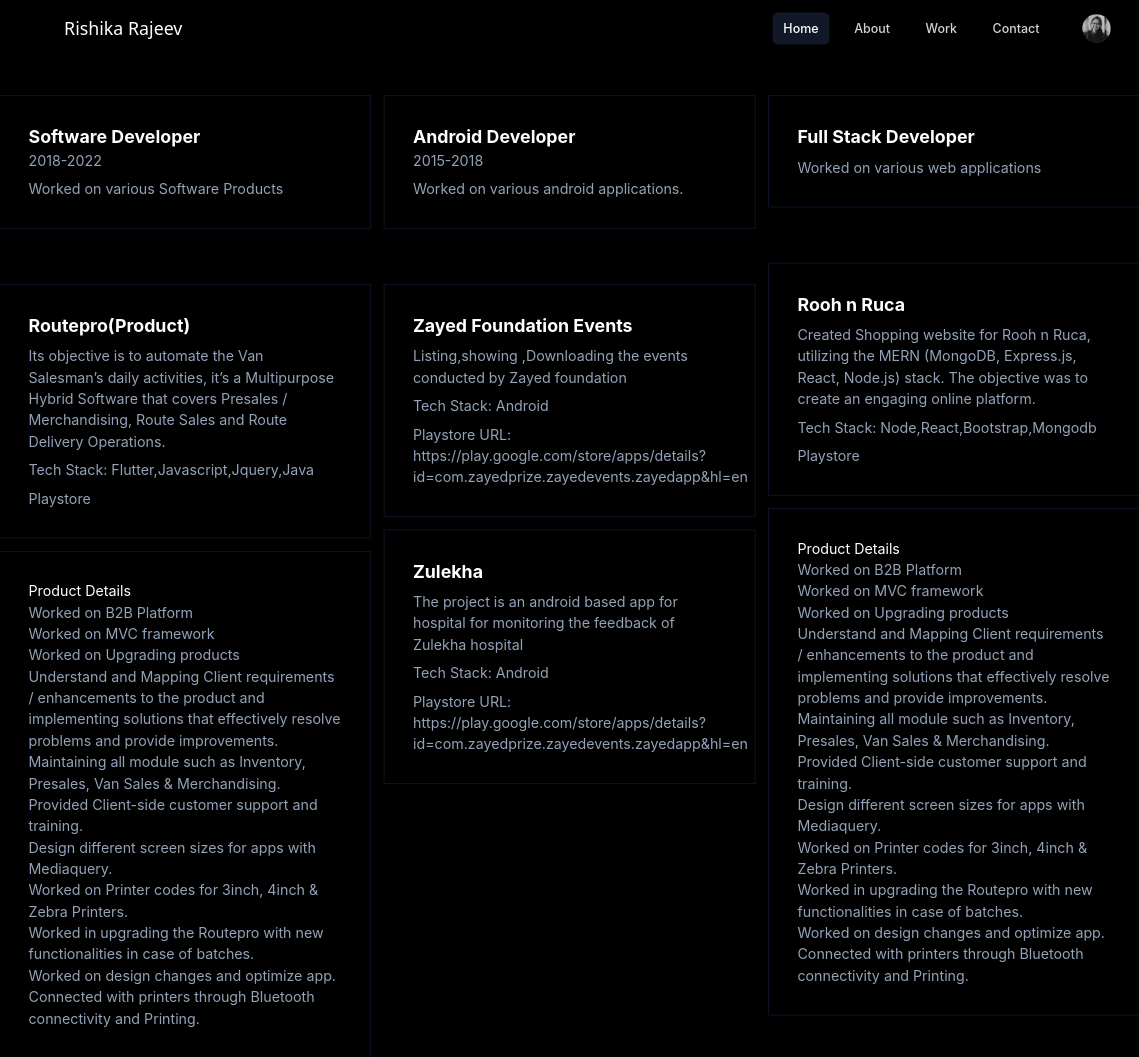
Repository: rishikarajeev/portfolio_rishika
Page: /work
These files come from the project's save history. The page is drawn as it stood at one moment and after the next save; the edit follows.
The browser window is 1280 px wide. The pictures show the whole page, at 89% of full size.
The project was rebuilt for these pictures with package versions that can differ from the ones it lists, and the page was loaded fresh each time. Also part of the build but not shown: src/Pages/Home.jsx, src/Pages/About.jsx, src/Pages/Contact.jsx.

Above is the page before, as saved 2023-10-23 19:02:28.

### src/Components/Nav/Nav.jsx
import React from 'react'

import img from '../../Images/profile.jpeg'

function Nav() {
  return (
    <div><nav class="dark:bg-black">
    <div class="mx-auto max-w-7xl px-2 sm:px-6 lg:px-8">
      <div class="relative flex h-16 items-center justify-between">
      <div class="absolute inset-y-0 left-7 flex items-center ">

      <a href="#" class=" text-white  px-3 py-2 text-xl font-medium font-sans" aria-current="page">Rishika Rajeev</a>
        </div>
        <div class="absolute inset-y-0 left-0 flex items-center sm:hidden">

          <button type="button" class="relative inline-flex items-center justify-center rounded-md p-2 text-gray-400 hover:bg-gray-700 hover:text-white focus:outline-none focus:ring-2 focus:ring-inset focus:ring-white" aria-controls="mobile-menu" aria-expanded="false">
            <span class="absolute -inset-0.5"></span>
            <span class="sr-only">Open main menu</span>

            <svg class="block h-6 w-6" fill="none" viewBox="0 0 24 24" stroke-width="1.5" stroke="currentColor" aria-hidden="true">
              <path stroke-linecap="round" stroke-linejoin="round" d="M3.75 6.75h16.5M3.75 12h16.5m-16.5 5.25h16.5" />
            </svg>

            <svg class="hidden h-6 w-6" fill="none" viewBox="0 0 24 24" stroke-width="1.5" stroke="currentColor" aria-hidden="true">
              <path stroke-linecap="round" stroke-linejoin="round" d="M6 18L18 6M6 6l12 12" />
            </svg>
          </button>
        </div>
        <div class="flex flex-1 items-center justify-end sm:items-stretch sm:justify-end">
          {/* <div class="flex flex-shrink-0 items-center">
            <img class="h-8 w-auto" src="https://tailwindui.com/img/logos/mark.svg?color=indigo&shade=500" alt="Your Company"/>
          </div> */}
          <div class="hidden sm:ml-6 sm:block ">
            <div class="flex space-x-4 ">

              <a href="/" class="bg-gray-900 text-white rounded-md px-3 py-2 text-sm font-medium" >Home</a>
              <a href="/about" class="text-gray-300 hover:bg-gray-700 hover:text-white rounded-md px-3 py-2 text-sm font-medium">About</a>
              <a href="/work" class="text-gray-300 hover:bg-gray-700 hover:text-white rounded-md px-3 py-2 text-sm font-medium">Work</a>
              <a href="/contact" class="text-gray-300 hover:bg-gray-700 hover:text-white rounded-md px-3 py-2 text-sm font-medium">Contact</a>
            </div>
          </div>
        </div>
        <div class="absolute inset-y-0 right-0 flex items-center pr-2 sm:static sm:inset-auto sm:ml-6 sm:pr-0">
          {/* <button type="button" class="relative rounded-full bg-gray-800 p-1 text-gray-400 hover:text-white focus:outline-none focus:ring-2 focus:ring-white focus:ring-offset-2 focus:ring-offset-gray-800">
            <span class="absolute -inset-1.5"></span>
            <span class="sr-only">View notifications</span>
            <svg class="h-6 w-6" fill="none" viewBox="0 0 24 24" stroke-width="1.5" stroke="currentColor" aria-hidden="true">
              <path stroke-linecap="round" stroke-linejoin="round" d="M14.857 17.082a23.848 23.848 0 005.454-1.31A8.967 8.967 0 0118 9.75v-.7V9A6 6 0 006 9v.75a8.967 8.967 0 01-2.312 6.022c1.733.64 3.56 1.085 5.455 1.31m5.714 0a24.255 24.255 0 01-5.714 0m5.714 0a3 3 0 11-5.714 0" />
            </svg>
          </button> */}


          <div class="relative ml-3">
            <div>
              <button type="button" class="relative flex rounded-full bg-gray-800 text-sm focus:outline-none focus:ring-2 focus:ring-white focus:ring-offset-2 focus:ring-offset-gray-800" id="user-menu-button" aria-expanded="false" aria-haspopup="true">
                <span class="absolute -inset-1.5"></span>
                <span class="sr-only">Open user menu</span>
                <img class="h-8 w-8 rounded-full" src={img} alt=""/>
              </button>
            </div>

          </div>
        </div>
      </div>
    </div>


    <div class="sm:hidden" id="mobile-menu">
      <div class="space-y-1 px-2 pb-3 pt-2">

        <a href="/" class="bg-gray-900 text-white block rounded-md px-3 py-2 text-base font-medium" aria-current="page">Home</a>
        <a href="/about" class="text-gray-300 hover:bg-gray-700 hover:text-white block rounded-md px-3 py-2 text-base font-medium">About</a>
        <a href="/work" class="text-gray-300 hover:bg-gray-700 hover:text-white block rounded-md px-3 py-2 text-base font-medium">Work</a>
        <a href="/contact" class="text-gray-300 hover:bg-gray-700 hover:text-white block rounded-md px-3 py-2 text-base font-medium">Contact</a>
      </div>
    </div>
  </nav>
  </div>
  )
}

export default Nav

### src/Pages/Mywork.jsx
import React from "react";
import Work from "../Components/Work";
import Project from "../Components/Project";
import Nav from "../Components/Nav/Nav";

function Mywork() {
  return (
    <div class="dark md:bg-black ">
      <Nav />

      <div>
        {" "}
        <div className="container mx-auto  dark dark:bg-black">
          <h2 className="text-3xl font-bold mb-2 ">Work Experience</h2>

          <div class="grid grid-cols-1 md:grid-cols-3 gap-4 dark dark:bg-black">
            <div className="dark md:bg-black">
              <Work
                title="Software Developer"
                description="Worked on various Software Products"
                year="2018-2022"
              />
              <h2 className="text-3xl font-bold mt-6 mb-1">Projects</h2>
              <Project
                title="Routepro(Product)"
                description=" Its objective is to automate the Van Salesman’s daily activities, it’s a Multipurpose Hybrid Software that covers Presales / Merchandising, Route Sales and Route Delivery Operations."
                techStack="Flutter,Javascript,Jquery,Java"
              />
              <div className="dark:text-slate-400 ring-1 ring-slate-900 max-w-2xl p-8 dark dark:bg-black">
                <h2 className="text-white"> Product Details</h2>
                <ul>
                  <li>Worked on B2B Platform</li>
                  <li>Worked on MVC framework</li>
                  <li>Worked on Upgrading products </li>
                  <li>
                    Understand and Mapping Client requirements / enhancements to
                    the product and implementing solutions that effectively
                    resolve problems and provide improvements.
                  </li>
                  <li>
                    Maintaining all module such as Inventory, Presales, Van
                    Sales & Merchandising.
                  </li>
                  <li>Provided Client-side customer support and training.</li>
                  <li>
                    Design different screen sizes for apps with Mediaquery.
                  </li>
                  <li>
                    Worked on Printer codes for 3inch, 4inch & Zebra Printers.
                  </li>
                  <li>
                    Worked in upgrading the Routepro with new functionalities in
                    case of batches.
                  </li>
                  <li>Worked on design changes and optimize app.</li>
                  <li>
                    Connected with printers through Bluetooth connectivity and
                    Printing.
                  </li>
                </ul>
              </div>
            </div>
            <div>
            <Work
                title="Android Developer"
                description="Worked on various android applications."
                year="2015-2018"
              />
              <h2 className="text-3xl font-bold mt-6 mb-1">Projects</h2>
              <Project
                title="Zayed Foundation Events"
                description=" Listing,showing ,Downloading the events conducted by Zayed foundation"
                techStack="Android"
                Playstore=" URL: https://play.google.com/store/apps/details?id=com.zayedprize.zayedevents.zayedapp&hl=en"
              />
                  <Project
                title="Zulekha"
                description=" The project is an android based app for hospital for monitoring the feedback of Zulekha hospital"
                techStack="Android"
                Playstore=" URL: https://play.google.com/store/apps/details?id=com.zayedprize.zayedevents.zayedapp&hl=en"
              />
               <ul>
                            <li>Listing the events conducted by Zayed foundation</li>
                            <li>Showing Live events.</li>
                                <li>	Downloading and viewing files.</li>
                                    <li>	Integrated Google Map & Facebook</li>
                                        <li>	Implemented Calendar with Marked Events.</li>
                                            <li>	Playstore URL: https://play.google.com/store/apps/details?id=com.zayedprize.zayedevents.zayedapp&hl=en</li>

                        </ul>
            </div>
            <div className="dark md:bg-black">
              <Work
                title="Full Stack Developer"
                description="Worked on various web applications"

              />
              <h2 className="text-3xl font-bold mt-6 mb-1">Projects</h2>
              <Project
                title="Rooh n Ruca"
                description="    Created Shopping website for Rooh n Ruca, utilizing the MERN (MongoDB, Express.js, React, Node.js)  stack. The objective was to create an  engaging online platform."
                techStack="Node,React,Bootstrap,Mongodb"
              />
              <div className="dark:text-slate-400 ring-1 ring-slate-900 max-w-2xl p-8 dark dark:bg-black">
                <h2 className="text-white"> Product Details</h2>
                <ul>
                  <li>Worked on B2B Platform</li>
                  <li>Worked on MVC framework</li>
                  <li>Worked on Upgrading products </li>
                  <li>
                    Understand and Mapping Client requirements / enhancements to
                    the product and implementing solutions that effectively
                    resolve problems and provide improvements.
                  </li>
                  <li>
                    Maintaining all module such as Inventory, Presales, Van
                    Sales & Merchandising.
                  </li>
                  <li>Provided Client-side customer support and training.</li>
                  <li>
                    Design different screen sizes for apps with Mediaquery.
                  </li>
                  <li>
                    Worked on Printer codes for 3inch, 4inch & Zebra Printers.
                  </li>
                  <li>
                    Worked in upgrading the Routepro with new functionalities in
                    case of batches.
                  </li>
                  <li>Worked on design changes and optimize app.</li>
                  <li>
                    Connected with printers through Bluetooth connectivity and
                    Printing.
                  </li>
                </ul>
              </div>
            </div>
          </div>
        </div>
      </div>
    </div>
  );
}

export default Mywork;

### src/Components/Work.jsx
import React from 'react';

const Work = ({ title, description, year }) => {
  return (
    <div className="mb-4 ring-1 ring-slate-900 max-w-2xl p-8 dark md:bg-black">
      <h3 className="text-xl font-bold text-white">{title}</h3>
      <p className="dark:text-slate-400">{year}</p>
      <p className="mt-2 dark:text-slate-400">{description}</p>
    </div>
  );
};

export default Work;

### src/Components/Project.jsx
import React from 'react';

const Project = ({ title, description, techStack,Playstore }) => {
  return (
    <div className="mb-4 ring-1 ring-slate-900 max-w-2xl p-8 dark md:bg-black">
      <h3 className="text-xl font-bold text-white">{title}</h3>
      <p className="mt-2 dark:text-slate-400">{description}</p>
      <p className="mt-2 dark:text-slate-400">Tech Stack: {techStack}</p>
      <p className="mt-2 dark:text-slate-400">Playstore {Playstore}</p>
    </div>
  );
};

export default Project;

### tailwind.config.js
/** @type {import('tailwindcss').Config} */
module.exports = {
  content: ["./src/**/*.{html,js,jsx}"],
  theme: {
    extend: {},
  },
  darkMode: 'class',
  plugins: [],
}

Loaded but not shown: public/index.html (common file); src/index.js (common file); src/index.css (common file); src/App.js (common file); src/reportWebVitals.js (common file); src/App.css (common file)

After the next save:
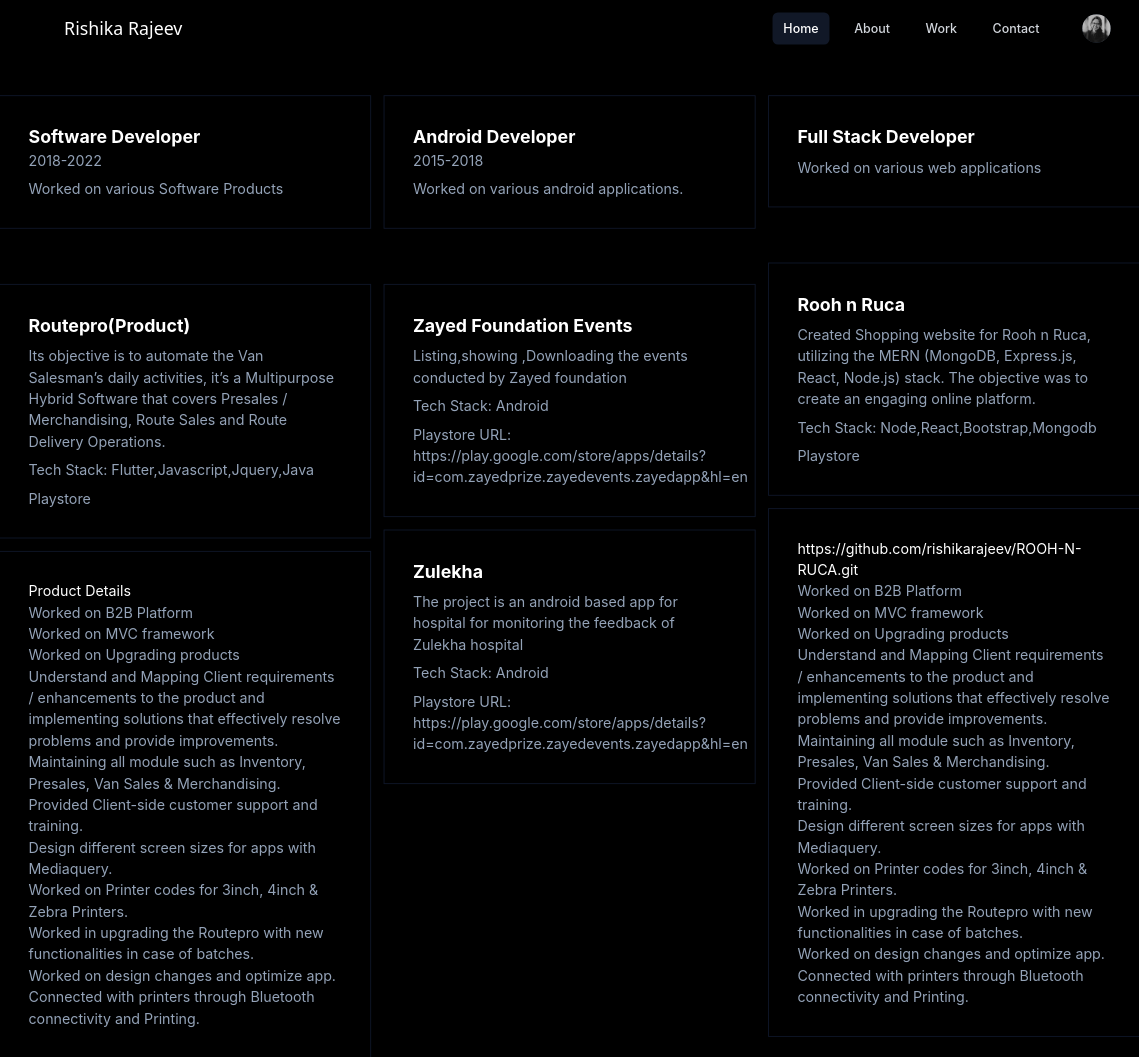
Saved 21 s later.
--- a/src/Pages/Mywork.jsx
+++ b/src/Pages/Mywork.jsx
@@ -102,7 +102,7 @@ function Mywork() {
                 techStack="Node,React,Bootstrap,Mongodb"
               />
               <div className="dark:text-slate-400 ring-1 ring-slate-900 max-w-2xl p-8 dark dark:bg-black">
-                <h2 className="text-white"> Product Details</h2>
+                <h2 className="text-white"> https://github.com/rishikarajeev/ROOH-N-RUCA.git</h2>
                 <ul>
                   <li>Worked on B2B Platform</li>
                   <li>Worked on MVC framework</li>
